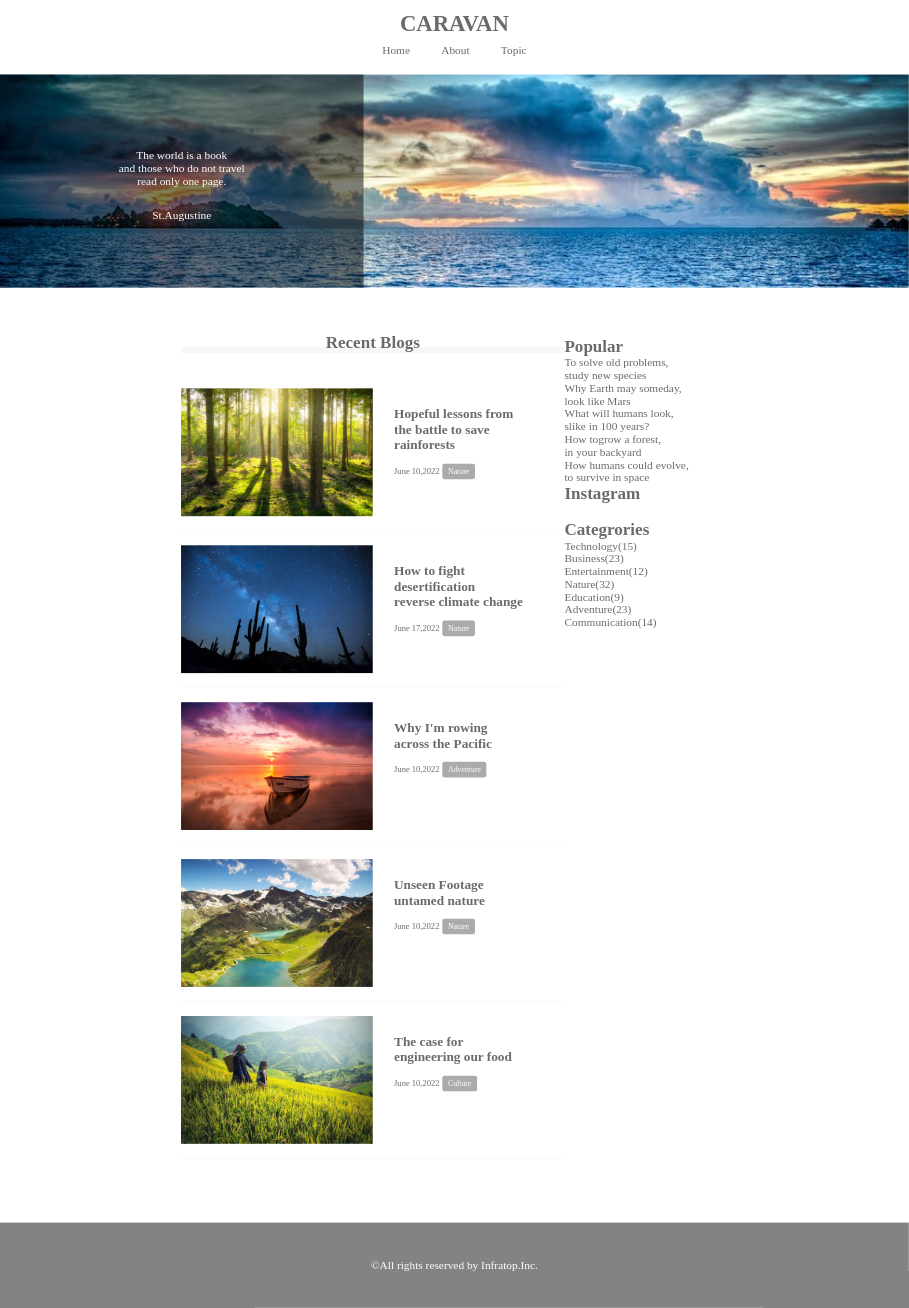
Repository: ego-boosting/assightment_1
Page: caravan/index.html
The author's editor kept a record of every edit. The page is drawn from the files as they stood at one moment, then again after the next edit.
The browser window is 1280 px wide. The pictures show the whole page, at 71% of full size.

Above is the page before.

### caravan/index.html
<!DOCTYPE html>
<html lang="ja">
  <head>
    <meta charset="UTF-8" />
    <!-- CSSファイルの読み込み -->
    <link rel="stylesheet" href="style.css" />
    <title>CARAVAN</title>
  </head>

  <body>
    <header>
      <h1 class="heading">
        <a href="index.html">
          CARAVAN
        </a>
      </h1>

      <nav>
        <ul class="nav-list">
          <li class="nav-list-item">
            <a href="index.html">Home</a>
          </li>
          <li class="nav-list-item">About</li>
          <li class="nav-list-item">Topic</li>
        </ul>
      </nav>

    </header>


    <div class="main-visual">
      <div class="main-visual-content">
        <p class="main-visual-text">
          The world is a book<br>
          and those who do not travel<br>
          read only one page.
        </p>
        <p class="main-visual-name">
          St.Augustine
        </p>
      </div>
    </div>

    <main>
      <section class="blog">
        <h2 class="blog-heading">Recent Blogs</h2>

        <div class="blog-box">
          <div class="blog-item">
            <img class="blog-image" src="img/forest.jpg">
            <section class="blog-text">
              <h3 class="blog-text-heading">
                <a href="single.html">
                  Hopeful lessons from<br>
                  the battle to save<br>
                  rainforests
                </a>
              </h3>
              <p class="blog-date">June 10,2022</p>
              <span class="category">Nature</span>
            </section>
          </div>

          <div class="blog-item">
            <img class="blog-image" src="img/desert.jpg">
            <section class="blog-text">
              <h3 class="blog-text-heading">
                <a href="single.html">
                  How to fight<br>
                  desertification<br>
                  reverse climate change
                </a>
              </h3>
              <p class="blog-date">June 17,2022</p>
              <span class="category">Nature</span>
            </section>
          </div>

          <div class="blog-item">
            <img class="blog-image" src="img/sunset.jpg">
            <section class="blog-text">
              <h3 class="blog-text-heading">
                <a href="single.html">
                  Why I'm rowing<br>
                  across the Pacific
                </a>
              </h3>
              <p class="blog-date">June 10,2022</p>
              <span class="category">Adventure</span>
            </section>
          </div>

          <div class="blog-item">
            <img class="blog-image" src="img/italy.jpg">
            <section class="blog-text">
              <h3 class="blog-text-heading">
                <a href="single.html">
                  Unseen Footage<br>
                  untamed nature
                </a>
              </h3>
              <p class="blog-date">June 10,2022</p>
              <span class="category">Nature</span>
            </section>
          </div>

          <div class="blog-item">
            <img class="blog-image" src="img/asia.jpg">
            <section class="blog-text">
              <h3 class="blog-text-heading">
                <a href="single.html">
                  The case for<br>
                  engineering our food
                </a>
              </h3>
              <p class="blog-date">June 10,2022</p>
              <span class="category">Culture</span>
            </section>
          </div>

        </div>
      </section>

      <div class="sidebar">
        <section class="popular">
          <h2 class="popular-heading common-heading">Popular</h2>
          <div class="sidebar-contents">
            <p class="popular-text">To solve old problems,<br>study new species</p>
            <p class="popular-text">Why Earth may someday,<br>look like Mars</p>
            <p class="popular-text">What will humans look,<br>slike in 100 years?</p>
            <p class="popular-text">How togrow a forest,<br>in your backyard</p>
            <p class="popular-text">How humans could evolve,<br>to survive in space</p>
          </div>
        </section>

        <section class="instagram">
          <h2 class="instagram-heading common-heading">Instagram</h2>
          <div class="sidebar-contents">
           <div class="instagram-box"></div>
           <div class="instagram-box"></div>
           <div class="instagram-box"></div>
           <div class="instagram-box"></div>
           <div class="instagram-box"></div>
        　  <div class="instagram-box"></div>
          </div>
        </section>

        <section class="categories">
          <h2 class="categories-heading common-heading">Categrories</h2>
          <div class="sidebar-contents">
            <p class="categories-text">Technology(15)</p>
            <p class="categories-text">Business(23)</p>
            <p class="categories-text">Entertainment(12)</p>
            <p class="categories-text">Nature(32)</p>
            <p class="categories-text">Education(9)</p>
            <p class="categories-text">Adventure(23)</p>
            <p class="categories-text">Communication(14)</p>
          </div>
        </section>
      </div>
    </main>



    <footer>
      <p class="footer-text">©All rights reserved by Infratop.Inc.</p>
    </footer>


  </body>
</html>

### caravan/style.css
*{
  margin: 0;
  padding: 0;
  box-sizing:border-box;
  color: #6c6b6b;
}

a {
  text-decoration: none;
}

header{
  width: 90%;
  padding: 15px 0;
  margin: 0 auto;
  text-align: center;
}

.heading{
  font-size: 32px;
}

.nav-list{
  text-align: center;
  padding: 10px 0;
  /*margin: 0 auto;なぜ？*/
  margin: 0 auto;
}

.nav-list-item{
  list-style: none;
  display: inline-block;
  margin:0 20px;
}
.main-visual{
  width: 100%;
  height: 300px;
  background-image: url(img/mv.jpg);
  background-size: cover;
  background-position: center;
}

.main-visual-content{
  width: 40%;
  height: 300px;
  background-color: rgba(0,0,0,0.5);
  text-align: center;
  padding-top: 105px;
}

.main-visual-text{
  color: #fff;
}

.main-visual-name{
  margin-top: 30px;
  color: #fff;
}

main{
  width: 800px;
  display: flex;
  justify-content: center;
  margin: 0 auto;
  padding: 70px 0;
}

.blog{
  width: 540px;
  maigin-right: 30px;
}

.blog-heading{
  border-bottom: 8px solid #f7f7f7;
  text-align: center;
  line-height: 0.6;
}

.blog-box{
  padding-top: 50px;
}

.blog-item{
  padding-bottom: 20px;
  margin-bottom: 20px;
  border-bottom:1px solid #f7f7f7;
  display: flex;
  justify-content: flex-start;
}

.blog-image{
  height: 180px;
}

.blog-text{
  padding: 25px 0 0 30px;
}

.blog-text-heading{
  padding-bottom: 15px;
}

.blog-date{
  font-size: 12px;
  display: inline-block;
}

.category{
  display: inline-block;
  padding: 5px 8px;
  background-color: #acabab;
  border-radius: 3px;
  color: #fff;
  font-size: 11px;
}

.sidebar{
  width: 230px;
}

/*.main{*/
/*  width: 840px;*/
/*  height: 1400px;*/
  /*background-color: green;*/
/*  display: flex;*/
/*  justify-content: center;*/
/*  margin: 0 auto;*/
/*}*/

/*.blog{*/
/*  width: 600px;*/
/*  height: 1400px;*/
/*  background-color: limegreen;*/
/*}*/

/*.sidebar{*/
/*  width: 240px;*/
/*  height: 1400px;*/
/*  background-color: palegreen;*/
/*}*/

footer{
  width: 100%;
  height: 120px;
  text-align: center;
  line-height: 120px;
  background-color: #848282;
}

.footer-text{
  color: #fff;
}

After the next edit:
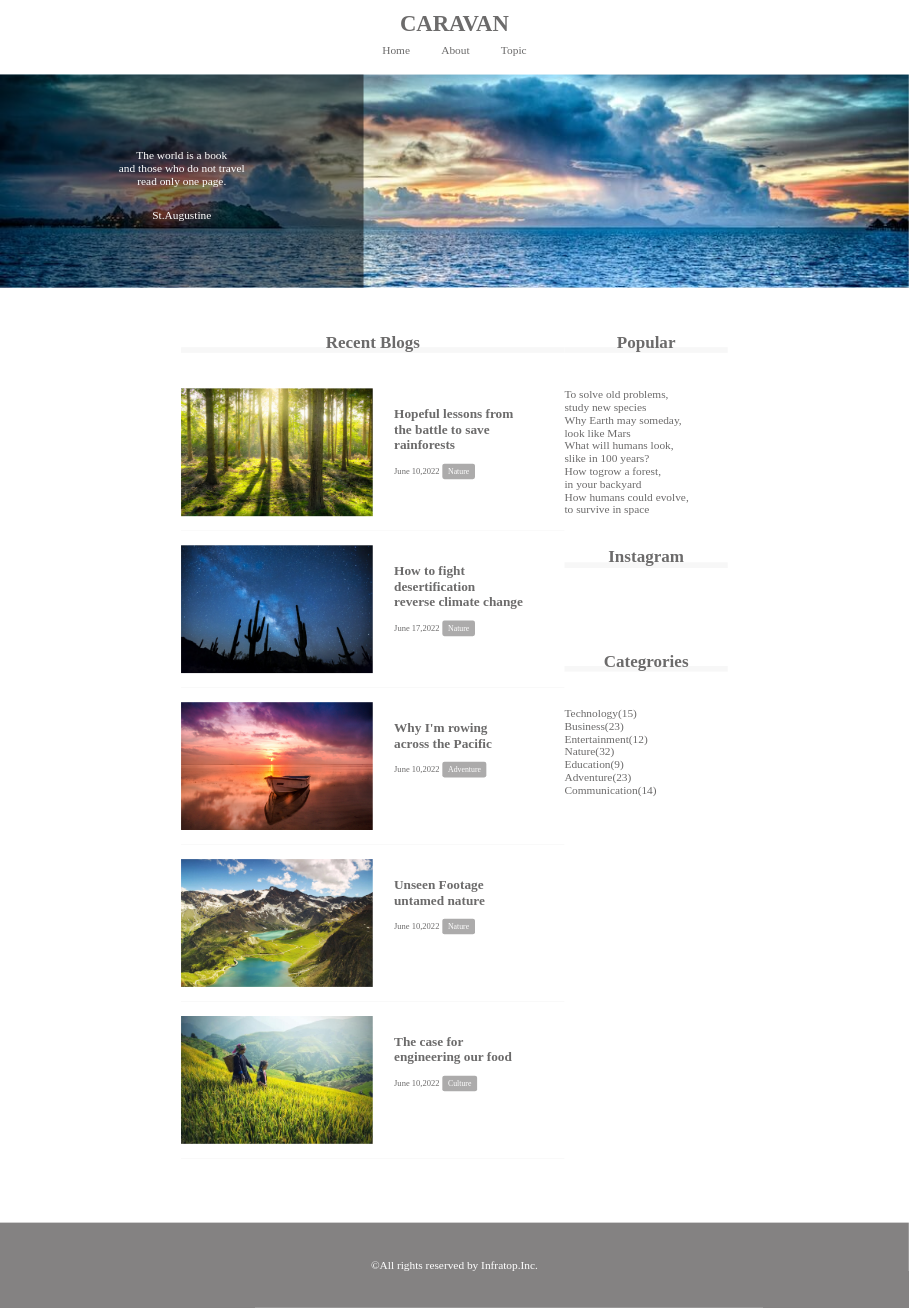
The edit:
--- a/caravan/style.css
+++ b/caravan/style.css
@@ -118,26 +118,15 @@
   width: 230px;
 }
 
-/*.main{*/
-/*  width: 840px;*/
-/*  height: 1400px;*/
-  /*background-color: green;*/
-/*  display: flex;*/
-/*  justify-content: center;*/
-/*  margin: 0 auto;*/
-/*}*/
+.common-heading{
+  border-bottom: 8px solid #f7f7f7;
+  text-align: center;
+  line-height: 0.6;
+}
 
-/*.blog{*/
-/*  width: 600px;*/
-/*  height: 1400px;*/
-/*  background-color: limegreen;*/
-/*}*/
-
-/*.sidebar{*/
-/*  width: 240px;*/
-/*  height: 1400px;*/
-/*  background-color: palegreen;*/
-/*}*/
+.sidebar-contents{
+  padding: 50px 0;
+}
 
 footer{
   width: 100%;
